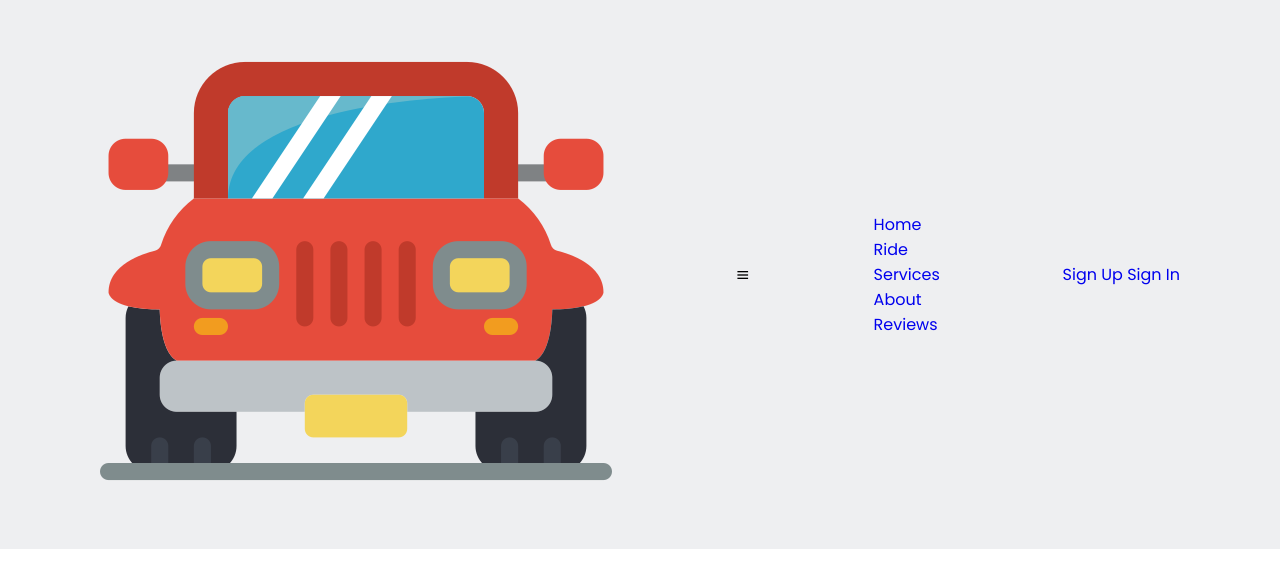
Repository: douglasabnovato/car-rental
Page: index.html
These files come from the project's save history. The page is drawn as it stood at one moment and after the next save; the edit follows.
The browser window is 1280 px wide. The pictures show the whole page.

Above is the page before, as saved 2025-05-16 10:23:03.

After the next save:
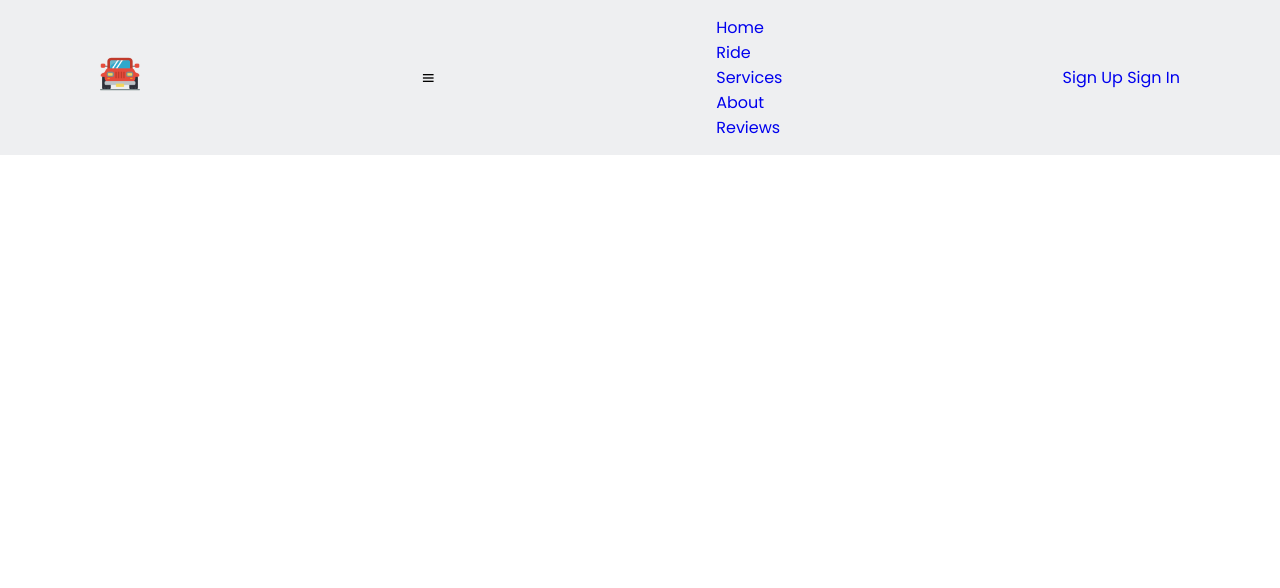
Saved 8 min 14 s later.
--- a/style.css
+++ b/style.css
@@ -47,3 +47,7 @@ header {
     background: #eeeff1;
     padding: 15px 100px;
 }
+
+.logo img {
+    width: 40px;
+}
